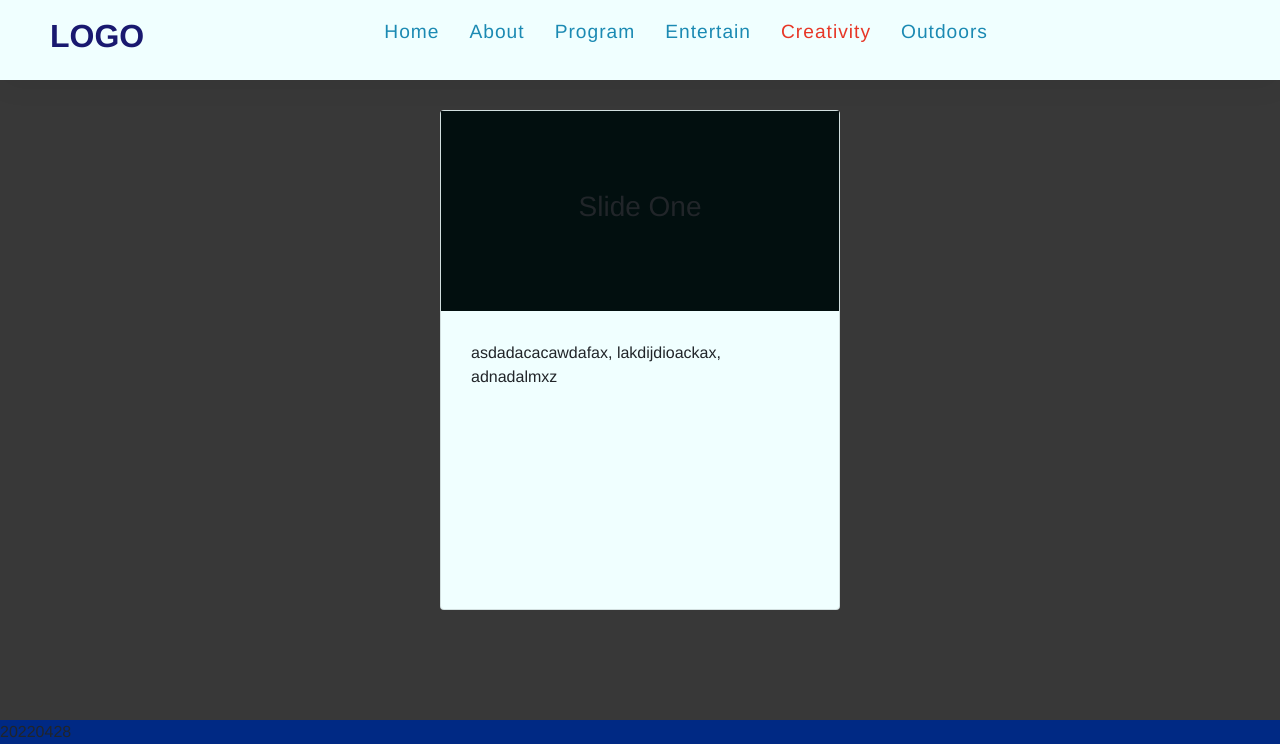
Repository: KevinYu0515/DeadByDaylight-custom-wiki
Page: /creativity
The author's editor kept a copy of each file at every save. The page is drawn from the files as they stood at one save, then again after a run of saves.
The browser window is 1280 px wide. The pictures show the whole page.
Some web libraries are served in a nearby version. The project was rebuilt for these pictures with package versions that can differ from the ones it lists, and the page was loaded fresh each time. Also part of the build but not shown: vite.config.js, vue.config.js, src/views/Home.vue.

Above is the page before, as saved 2022-03-19 20:09:24.

### src/App.vue
<template>
  <div class="app">
    <Navbar></Navbar>
    <router-view />
    <Footer></Footer>
  </div>
</template>

<script>
import Navbar from "./components/Navbar.vue";
import Footer from "./components/Footer.vue";
export default {
  name: "App",
  components: {
    Navbar,
    Footer,
  },
};
</script>

<style>
@import url("https://fonts.googleapis.com/css2?family=Source+Sans+Pro&family=Space+Grotesk&display=swap");
@import url("https://fonts.googleapis.com/css2?family=Fredoka+One&display=swap");
@import url("https://fonts.googleapis.com/css2?family=Rowdies&display=swap");
@import url("https://fonts.googleapis.com/css2?family=Ubuntu&display=swap");
@import url("https://fonts.googleapis.com/css2?family=Quicksand&family=Ubuntu&display=swap");

* {
  margin: 0;
  padding: 0;
  box-sizing: border-box;
  font-family: "Franklin Gothic Medium", "Arial Narrow", Arial, sans-serif;
  scroll-behavior: smooth;
}

.default {
  position: relative;
  display: flex;
  justify-content: center;
  align-items: center;
  min-height: 100vh;
  color: #f5f5f5;
  font-size: 18vw;
  font-weight: 700;
}
</style>

### src/router/index.js

import { createRouter, createWebHistory } from 'vue-router'
import Home from '../views/Home.vue'


const routes = [
  {
    path: '/',
    name: 'Home',
    component:Home
  },
  {
    path: '/home',
    component:Home
  },
  {
    path: '/about',
    name: 'About',
    // route level code-splitting
    // this generates a separate chunk (about.[hash].js) for this route
    // which is lazy-loaded when the route is visited.
    component: () => import(/* webpackChunkName: "about" */ '../views/About.vue'),
    meta: { title:'關於'}
  },
  {
    path:'/program',
    name:'Program',
    component:()=> import('../views/Program.vue')
  },
  {
    path:'/entertain',
    name:'Entertain',
    component:()=> import('../views/Hobby/Entertain.vue')
  },
  {
    path:'/creativity',
    name:'Creativity',
    component:()=> import('../views/Hobby/Creativity.vue')
  },
  {
    path:'/outdoors',
    name:'Outdoors',
    component:()=> import('../views/Hobby/Outdoors.vue')
  },
]

const router = createRouter({
  history: createWebHistory(process.env.BASE_URL),
  routes,
})

export default router

### src/components/Navbar.vue
<template>

    <header :class="{ 'scrolled-nav': scrollNav}">
        <nav>
            <router-link to="/" class="logo">Logo</router-link>
            <ul v-show="!mobile" class="navigation">
                <li><router-link to="/home">Home</router-link> </li>
                <li><router-link to="/about">About</router-link> </li>
                <li><router-link to="/program">Program</router-link> </li>
                <li><router-link to="/entertain">Entertain</router-link> </li>
                <li><router-link to="/creativity">Creativity</router-link> </li>
                <li><router-link to="/outdoors">Outdoors</router-link> </li>
           </ul>
            <div class="navbar_icon">
                <i @click="toggleMobileNav" v-show="mobile" class="fi fi-br-menu-burger" :class="{'icon-active':mobileNav}" ></i>
            </div>
            <transition name='mobile-nav'>
                <ul v-show="mobileNav" class="dropdown-nav">
                    <li><router-link to="/home">Home</router-link> </li>
                    <li><router-link to="/about">About</router-link> </li>
                    <li><router-link to="/program">Program</router-link> </li>
                    <li><router-link to="/entertain">Entertain</router-link> </li>
                    <li><router-link to="/creativity">Creativity</router-link> </li>
                    <li><router-link to="/outdoors">Outdoors</router-link> </li>
                </ul>
            </transition>
        </nav>
      </header>
</template>

<script>
export default {
  name: 'Navbar',
  data() {
      return{
          scrollNav: null,
          mobile: null,
          mobileNav: null,
          windowWidth: null,
      };
    },
    created(){
        window.addEventListener('resize', this.checkScreen);
        this.checkScreen();
    },
    mounted(){
        window.addEventListener('scroll', this.updateScroll);
    },
    methods:{
        toggleMobileNav(){
            this.mobileNav = !this.mobileNav;
        },

        updateScroll(){
            const scrollPosition = window.scrollY;
            if(scrollPosition > 50){
                this.scrollNav = true;
                return;
            }
            this.scrollNav = false;
        },
        checkScreen(){
            this.windowWidth = window.innerWidth;
            if(this.windowWidth <= 850){
                this.mobile = true;
                return
            }
            this.mobile = false;
            this.mobileNav = false;
            return;
        },
    },
};

</script>

<!-- Add "scoped" attribute to limit CSS to this component only -->
<style lang="scss" scoped>
@import '@/assets/scss/navbar.scss'
</style>

### src/components/Footer.vue
<template>
  <div class="footer">20220428</div>
</template>

<script>
export default {
  name: "Footer",
};
</script>

<style lang="scss" scoped>
@import "@/assets/scss/footer.scss";
</style>

### src/views/Hobby/Creativity.vue
<template>
  <div class="creativity">
    <div class="card">
      <div class="sliderText">
        <h3>Slide One</h3>
      </div>
      <div class="content">
          <p>asdadacacawdafax, lakdijdioackax, adnadalmxz</p>
      </div>
    </div>
  </div>
</template>
<!--待續-->

<style scoped lang="scss">
@import "@/assets/scss/hobby/creativity.scss"
</style>

### src/assets/scss/navbar.scss
@import url('https://cdn-uicons.flaticon.com/uicons-bold-rounded/css/uicons-bold-rounded.css');

header{
    position: fixed;
    top: 0;
    right: 0;
    display: flex;
    width: 100%;
    height: 80px;
    justify-content: space-between;
    align-items: center;
    padding: 0px 60px 0 50px;
    background-color:azure;
    box-shadow: 0 5px 30px rgba(0,0,0,0.05);
    z-index: 1000;
    transition: 0.5s ease all;

     nav{
        display: flex;
        position: relative;
        flex-direction: row;
        transition: 0.5s ease all;
        width:90%;
        flex:1;
        margin: 0 auto;
        @media (min-width: 1140px){
            max-widt:1140px;
        }

        .logo{
            color:midnightblue;
            font-weight: 700;
            font-size: 2em;
            text-decoration: none;
            text-transform: uppercase;
            margin: 5px 8px 0 0;
            transition: 0.5s ease all;
        }

        ul  {
            position: relative;
            display: flex;
            flex-direction: row;

            li {
                List-style:none;

                a{
                    color:rgb(27, 138, 179);
                    height:50px;
                    line-height: 50px;
                    display: inline-block;
                    text-decoration: none;
                    font-size: 1.2em;
                    padding: 0 15px;
                    letter-spacing: 1px;
                    cursor: pointer;
                    &:hover{
                        color:aliceblue;
                        background-color: rgb(7, 101, 101);
                    }
                }
                a.router-link-exact-active{
                    color: #e73727;
                }
            }
        }

        .navigation{
            display:flex;
            align-items: center;
            flex:1;
            justify-content: center;
        }



        .navbar_icon{
            display: flex;
            position: absolute;
            top:7px;
            right:24px;
            height:75%;

            i{
                cursor:pointer;
                font-size: 31.35px;
                transition: 0.8s ease all;
            }
        }

        .icon-active{
            transform: rotate(180deg);
        }



        .dropdown-nav{
            display:flex;
            flex-direction:column;
            position: fixed;
            height: 100%;
            width:100%;
            max-width: 250px;
            background: #fff;
            top:0;
            left:0;

            li{
                margin-left: 0;
                .link{
                    color:black;
                }
            }
        }
        .mobile-nav-enter-active,
        .mobile-nav-leave-active{
            transition: 1s ease all;
        }

        .mobile-nav-enter-from,
        .mobile-nav-leave-to{
            transform: translateX(-250px);
        }

        .mobile-nav-enter-to{
            transform: translateX(0);
        }
    }
}

.scrolled-nav{
    background: azure;
    box-shadow: 0 4px 6px -1px rgba(0,0,0,0.05), 0 2px 4px -1px rgba(0,0,0,0.06);
    height: 60px;
}

### src/assets/scss/footer.scss
.footer{
    position: relative;
    height: auto;
    width:100%;
    background: #002984;
}

### src/assets/scss/hobby/creativity.scss
.creativity{
    margin:0;
    padding: 0;
    display: flex;
    justify-content: center;
    align-items: center;
    min-height: 100vh;
    background: #383838;
    .card{
        position: relative;
        background-color: azure;
        width: 400px;
        height: 500px;
        margin:0 auto;
        .content{
            width:400px;
            padding: 30px;
            box-sizing: border-box;
        }
        .sliderText{
            position: relative;
            width:100%;
            height:200px;
            display: flex;
            justify-content: center;
            align-items: center;
            background-color: rgb(2, 15, 15);
        }

    }
}

Loaded but not shown: public/index.html (common file); src/main.js (common file)

After the next 4 saves:
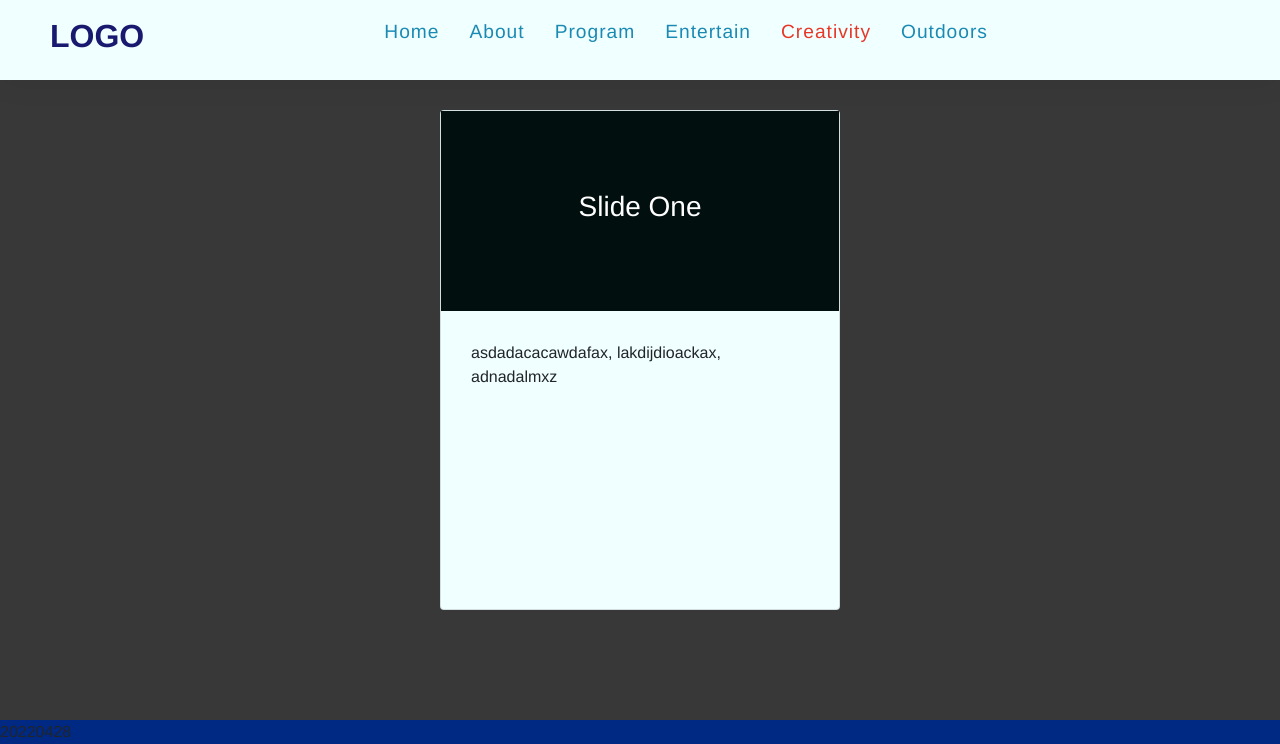
The 4 saves are shown as one change because they came seconds apart.
The last was saved 13 s later.
--- a/src/assets/scss/hobby/creativity.scss
+++ b/src/assets/scss/hobby/creativity.scss
@@ -25,6 +25,10 @@
             justify-content: center;
             align-items: center;
             background-color: rgb(2, 15, 15);
+            h3{
+                color:#fff;
+
+            }
         }
 
     }
